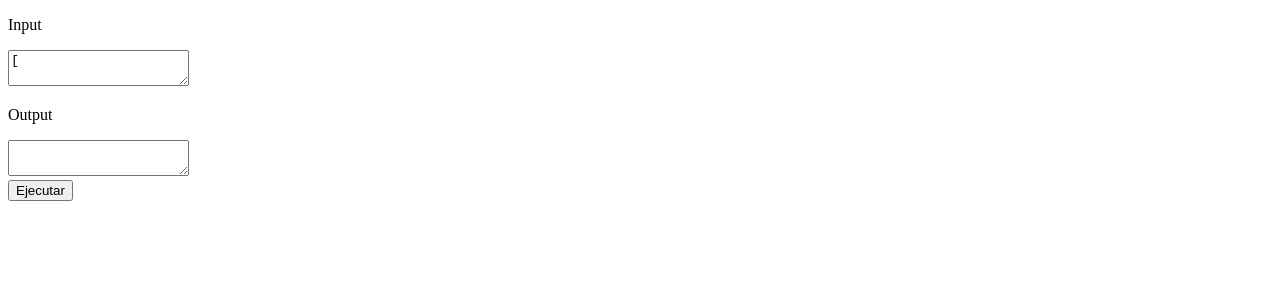
Repository: davobarrera/pruebaKVK
Page: index.html
The author's editor kept a copy of each file at every save. The page is drawn from the files as they stood at one save, then again after the next save.
The browser window is 1280 px wide. The pictures show the whole page.

Above is the page before, as saved 2020-07-04 11:32:27.

### index.html
<!DOCTYPE html>
<html>

<head>
  <meta charset="utf-8">
  <title>Prueba KVK</title>
  <meta name="viewport" content="width=device-width, initial-scale=1">
</head>

<body>
    <p>Input</p>
    <textarea id="input" >
[
    'test.email+alex@kavak.com',
    'test.e.mail+bob.cathy@kavak.com',
    'testemail+david@ka.vak.com'
]
    </textarea>
    <p>Output</p>
    <textarea id="output" ></textarea>
    <br>
    <button onclick=ejecutar()>Ejecutar</button>
  <script src="filtrarEmail.js"></script>
</body>

</html>

### filtrarEmail.js
var emailsUnicos = function(emails) {
    var locales = emails.reduce(
        (acc,e) =>{
            var local, dominio, dividido;
            dividido = e.split('@');
            local = dividido[0];
            dominio = dividido[1];
            local = local.replace(/\./g,'').split('+')[0]
            acc.push([local,dominio].join('@'))
            return acc
        },[] )
        console.log(locales);
    return locales

};

var ejecutar = function (){
    var input = document.getElementById('input').value;
    var cleanText = input.replace(/\s/g,'').replace(/'/g,"\"")
    try{
        input = JSON.parse(cleanText);
    }catch(err){
        alert('No tiene la estructura de un arreglo de strings')
        return;
    }
    var output = emailsUnicos(input);
    output = output.reduce((acc, e) => acc + '\n' + e,'').replace(/,/g,'\n')
    document.getElementById('output').value = output;
}

After the next save:
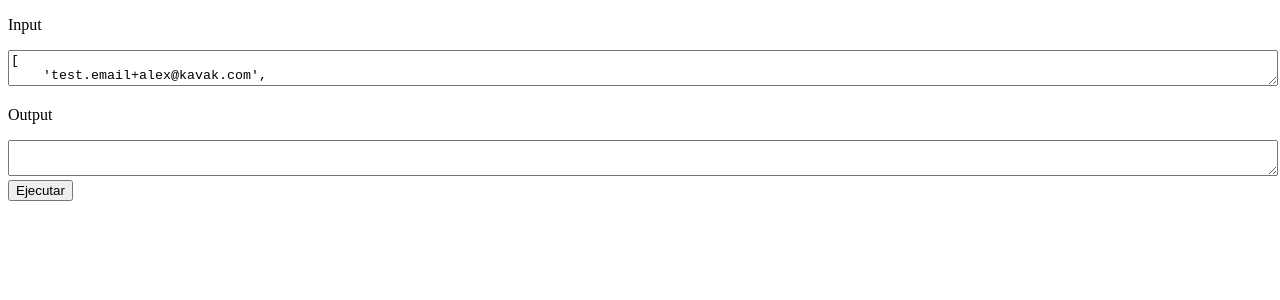
Saved 30 s later.
--- a/index.html
+++ b/index.html
@@ -9,7 +9,7 @@
 
 <body>
     <p>Input</p>
-    <textarea id="input" >
+    <textarea id="input"  style="width: 100%;">
 [
     'test.email+alex@kavak.com',
     'test.e.mail+bob.cathy@kavak.com',
@@ -17,7 +17,7 @@
 ]
     </textarea>
     <p>Output</p>
-    <textarea id="output" ></textarea>
+    <textarea id="output" style="width: 100%;"></textarea>
     <br>
     <button onclick=ejecutar()>Ejecutar</button>
   <script src="filtrarEmail.js"></script>
